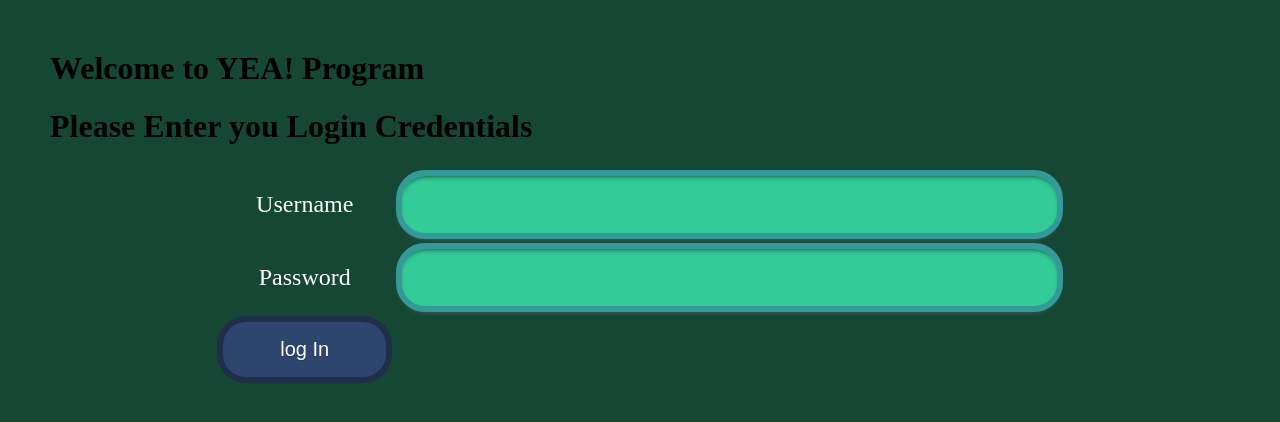
Repository: prajaktamore/Web-Based-Programming-3
Page: http://localhost/BinaryCalculator/
These files come from the project's save history. The page is drawn as it stood at one moment and after the next save; the edit follows.
The browser window is 1280 px wide. The pictures show the whole page.
The page is served by Tomcat 9. Other server files are loaded and not shown.

Above is the page before, as saved 2014-05-04 18:13:01.

### BinaryCalculator/WebContent/Login.jsp
<%@ page language="java" contentType="text/html; charset=ISO-8859-1"
    pageEncoding="ISO-8859-1"%>
<!DOCTYPE html PUBLIC "-//W3C//DTD HTML 4.01 Transitional//EN" "http://www.w3.org/TR/html4/loose.dtd">
<html>
<head>
<meta http-equiv="Content-Type" content="text/html; charset=ISO-8859-1">
<title>Login</title>
<link href="more.css" rel="stylesheet" type="text/css" />
</head>
<body>
<h1>Welcome to YEA! Program</h1>
<h1>Please Enter you Login Credentials </h1>
<form method="POST" action="Login">
  <table width="page" align="center" >
					<tr>
					  <td height="40" align="center"> <label style="color:#ffffff;font-size:24px" >Username</label> </td>
             			 <td align="center"> <input id="username" name="username" type="text" style ="background: #33CC99; height:55px; width: 600px;text-align:right;font-size:35px; border-radius: 2em; border:6px solid #339999;border-radius:29px; color: #fff; padding-left: 1.5em; outline: none; box-shadow: 0 4px 6px -5px hsl(0, 0%, 40%), inset 0px 4px 6px -5px hsl(0, 0%, 2%)"/></td>
 					</tr>
					<tr>
					  <td height="38" align="center"> <label style="color:#FFFFFF;font-size:24px;">Password</label> </td>
             			 <td align="center"><input id="password" name="password" type="password" style ="background: #33CC99; height:55px; width: 600px;text-align:right;font-size:35px; border-radius: 2em; border:6px solid #339999;border-radius:29px; color: #fff; padding-left: 1.5em; outline: none; box-shadow: 0 4px 6px -5px hsl(0, 0%, 40%), inset 0px 4px 6px -5px hsl(0, 0%, 2%)" /></td>
 					</tr>
  					<tr>
						<td align="center"><input type="submit" name="log" value="log In" style="background-color: #2e466e; color: #ffff; border-radius: 10px;border:6px solid #1f2f47;border-radius:29px;padding:16px 57px;text-shadow:0px 1px 0px #263666;font-size:20px;">
					</tr>
  </table>
</form>

</body>
</html>

### BinaryCalculator/WebContent/more.css
/*
    author : Prajakta More
    date created : 11 Feb 2014
	Version:  1
    copyright information : Binghamton University
*/

/*Defines style for body tag all fields declared in body tag will follow below style for margins and background*/
body
{
margin-top:50px;
margin-left:50px;
margin-right:50px;
margin-bottom:50px;
background:#154734;
}



input#submit {
    padding: 4px 40px;
    /*give the background a gradient*/
    background:#ffae00; /*fallback for browsers that don't support gradients*/
    background: -webkit-linear-gradient(top, #ffae00, #d67600);
    background: -moz-linear-gradient(top, #ffae00, #d67600);
    background: -o-linear-gradient(top, #ffae00, #d67600);
    background: linear-gradient(top, #ffae00, #d67600);
    border:2px outset #dad9d8;
    /*style the text*/
    font-family:Andika, Arial, sans-serif;
    font-size:1.1em;
    letter-spacing:0.05em;
    text-transform:uppercase;
    color:#fff;
    text-shadow: 0px 1px 10px #000;
    /*add to small curve to the corners of the button*/
    -webkit-border-radius: 15px;
    -moz-border-radius: 15px;
    border-radius: 15px;
    /*give the button a drop shadow*/
    -webkit-box-shadow: rgba(0, 0, 0, .55) 0 1px 6px;
    -moz-box-shadow: rgba(0, 0, 0, .55) 0 1px 6px;
    box-shadow: rgba(0, 0, 0, .55) 0 1px 6px;
    }
    /****NOW STYLE THE BUTTON'S HOVER STATE***/
    input#submit:hover, input#submit:focus {
    border:2px solid #dad9d8;
    }



/*Defines style for table tag all fields declared in table tag will follow below style for border*/
table
{
border: 0px solid #154734;
content-type:text/plain;
charset=iso-8859-1 ;
}
/*Defines style for table data tag all fields declared in table data tag will follow below style for border and text color */
td
{
border: 0px solid #154734;
color:white;
}
/*Defines style for paragraph tag  with class type defined as ex2 all fields declared in paragraph tag will follow below style for font, color, text align*/
p.ex2
{
font:30px arial,sans-serif,centre;
color:#ffffff;
text-align:center;
}
/*Defines style for paragraph tag  with class type defined as ex1 all fields declared in paragraph tag will follow below style for font, color, text align*/
p.ex1
{
font:18px arial,sans-serif,centre;
color:#ffffff;
text-align:center;
}
/*Defines style for img tag all with class name as ex3 fields declared in img tag will
follow below style for margins, background, padding, border, background -color, height, width, float, text- align*/
img.ex3
{
  margin: 5px;
  padding: 5px;
  background-color: #ffffff;
  border: 3px solid #ffffff;
  height: 375px;
  width: 250px;
  float: left;
  text-align: left;
}
/*Defines style for a href tag and its properties for different states as link, visited, hover, active*/
a:link {text-decoration:none;
background-color:#66CCCC;
color:#000000;
}
a:visited {text-decoration:none;
background-color:#9999CC;
color:#660033;
}
a:hover {text-decoration:underline;
background-color:#CC99CC;
color:#000033;
}
a:active {text-decoration:underline;
background-color:#FF99CC;
color:#330000;
}

After the next save:
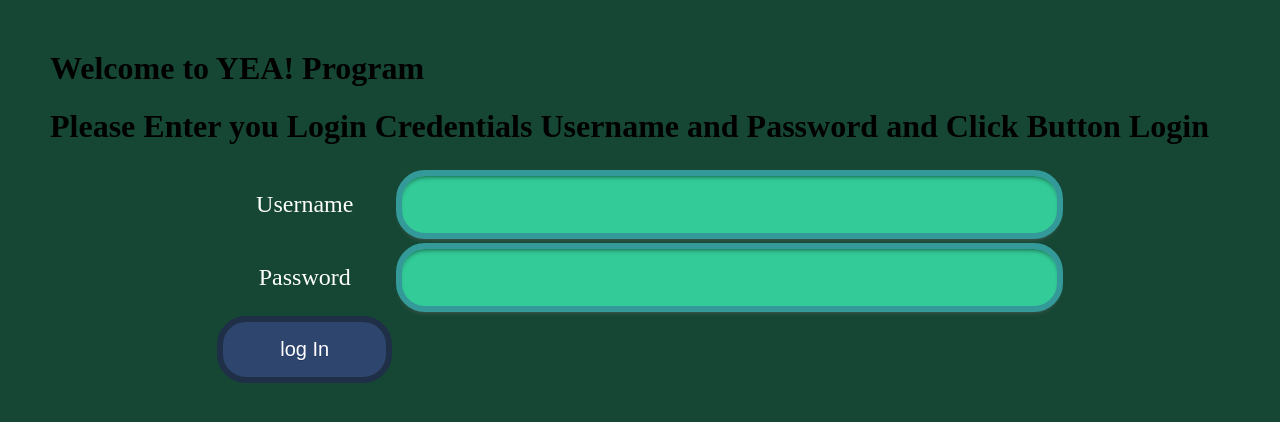
Saved 27 s later.
--- a/BinaryCalculator/WebContent/Login.jsp
+++ b/BinaryCalculator/WebContent/Login.jsp
@@ -9,7 +9,7 @@
 </head>
 <body>
 <h1>Welcome to YEA! Program</h1>
-<h1>Please Enter you Login Credentials </h1>
+<h1>Please Enter you Login Credentials Username and Password and Click Button Login </h1>
 <form method="POST" action="Login">
   <table width="page" align="center" >
 					<tr>
